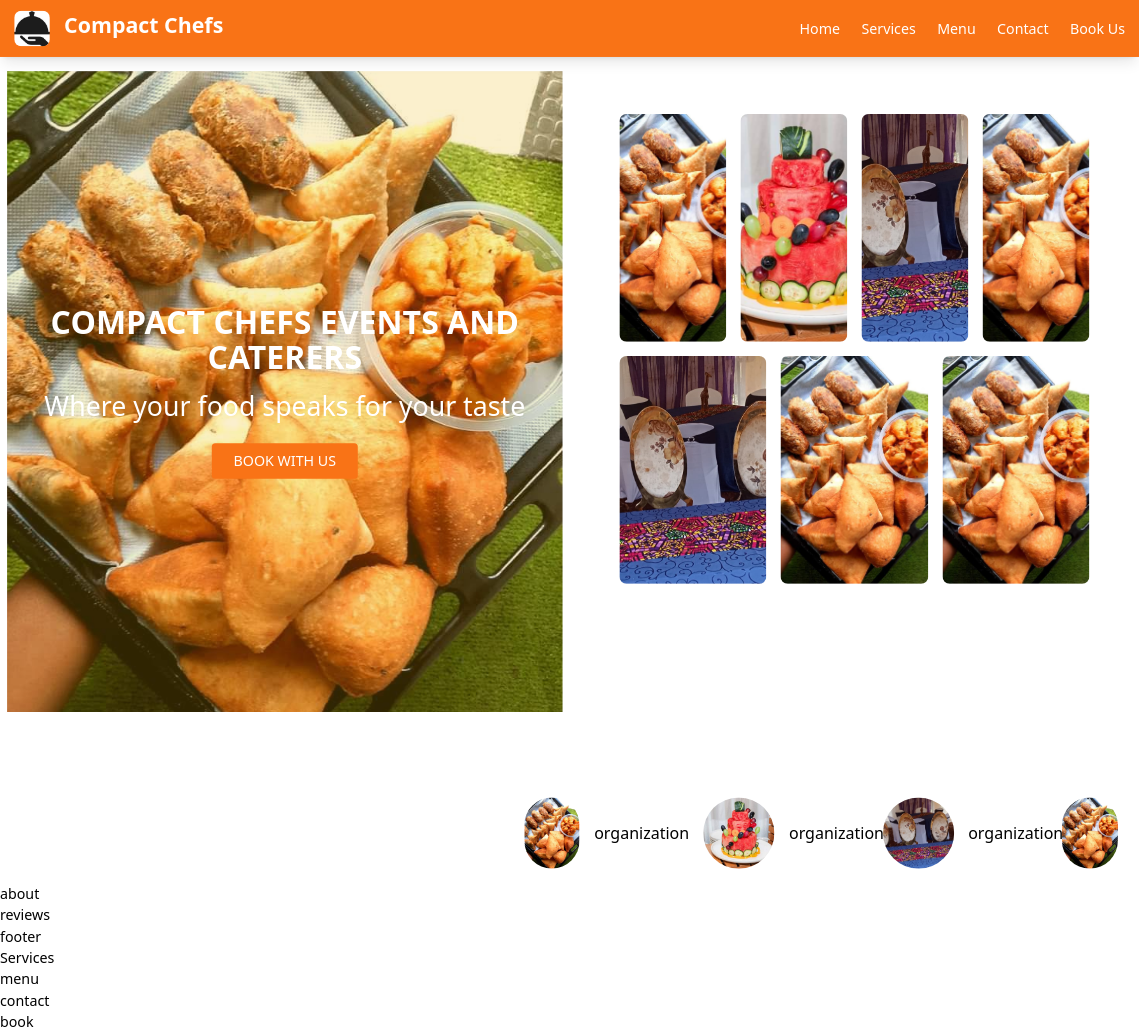
Repository: makanda596/compactchef
Page: /
These files come from the project's save history. The page is drawn as it stood at one moment and after the next save; the edit follows.
The browser window is 1280 px wide. The pictures show the whole page, at 89% of full size.
The project was rebuilt for these pictures with package versions that can differ from the ones it lists, and the page was loaded fresh each time.

Above is the page before, as saved 2025-01-07 14:37:05.

After the next save:
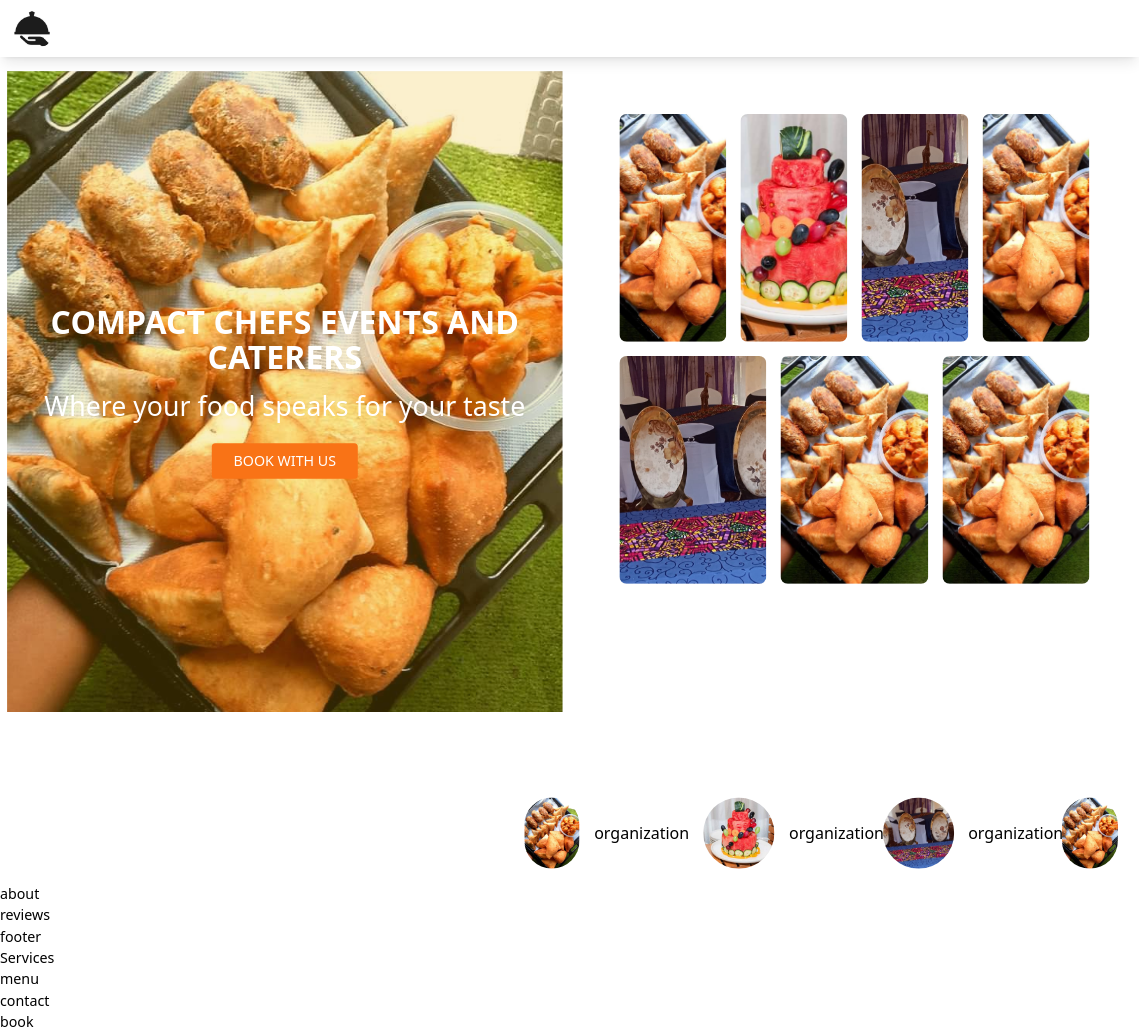
Saved 116 min 30 s later.
--- a/src/components/Navbar.jsx
+++ b/src/components/Navbar.jsx
@@ -4,7 +4,7 @@ const Navbar = () => {
     const [isOpen, setIsOpen] = useState(false);
 
     return (
-        <nav className="bg-orange-500 shadow-lg fixed top-0 z-50 w-full">
+        <nav className="bg-gold shadow-lg fixed top-0 z-50 w-full">
             <div className="container mx-auto px-4 flex justify-between items-center h-16">
 
                 <div className="text-white font-bold text-2xl flex space-x-4">
